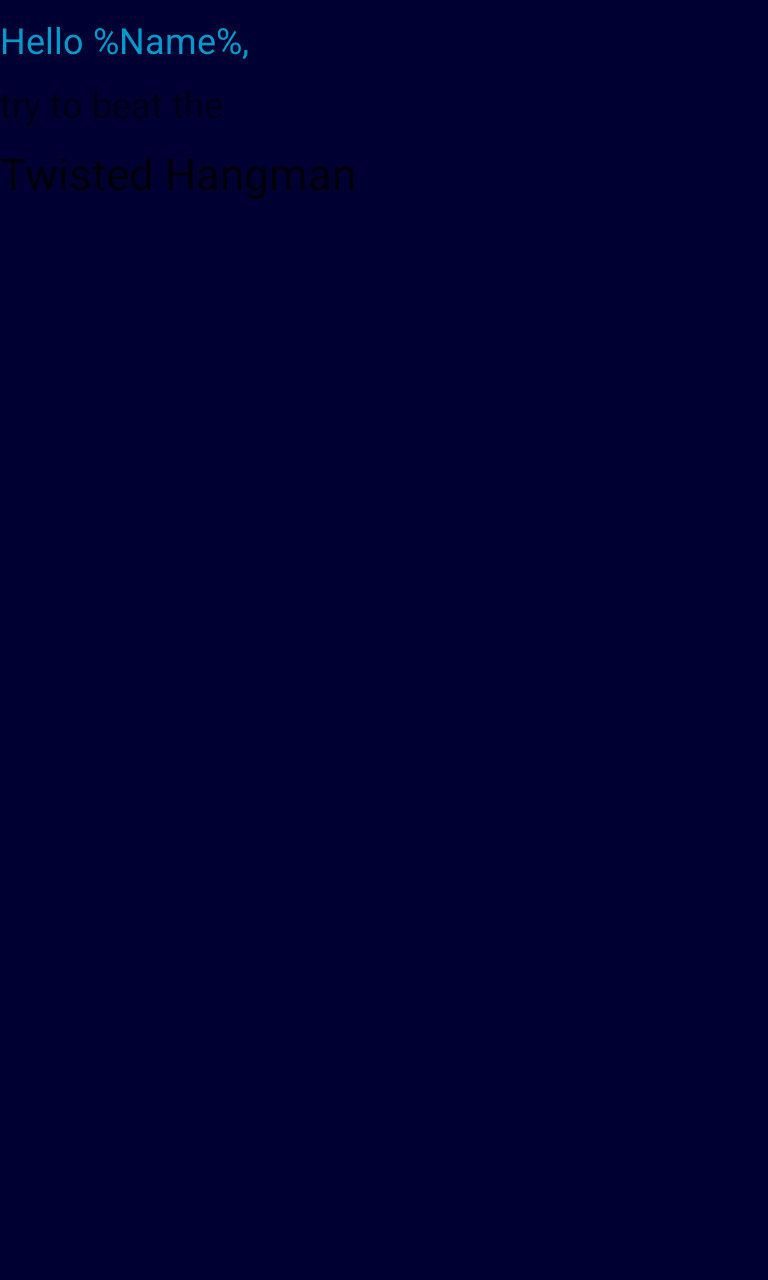
Repository: caspervdpoll/hangman_cvdpoll_jvwageningen
Layout: app/twisted-hangman/res/layout/activity_main.xml
The author's editor kept a copy of each file at every save. The layout is drawn from the files as they stood at one save, then again after the next save.
It is drawn on a 768 x 1280 px phone screen (xhdpi) without system bars, with theme AppTheme; the app's code is not run.

Above is the layout before, as saved 2014-06-10 09:45:23.

After the next save:
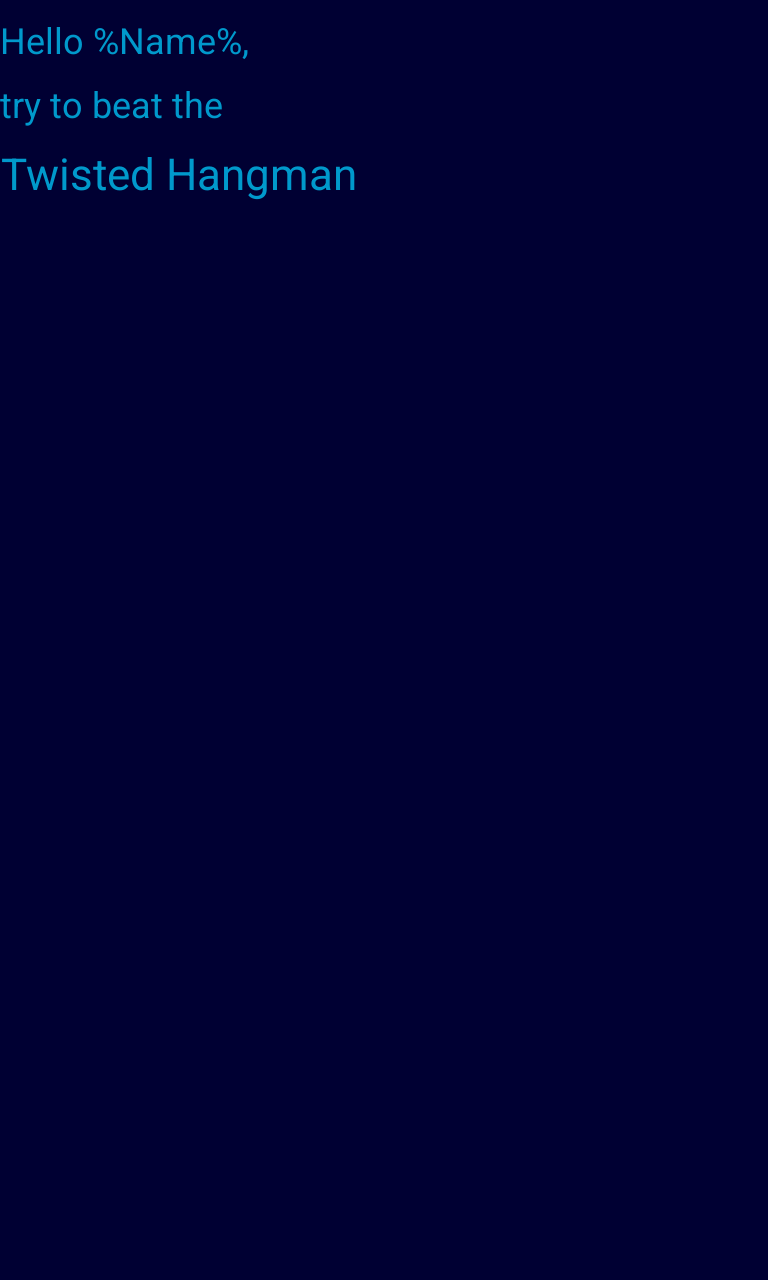
Saved 28 s later.
--- a/app/twisted-hangman/res/layout/activity_main.xml
+++ b/app/twisted-hangman/res/layout/activity_main.xml
@@ -24,7 +24,9 @@
         android:layout_width="wrap_content"
         android:layout_height="wrap_content"
         android:layout_marginTop="15px"
+        android:textColor="@color/blue"
         android:text="try to beat the"
+        android:gravity="center"
         android:textAppearance="?android:attr/textAppearanceMedium" />
 
     <TextView
@@ -33,7 +35,9 @@
         android:layout_width="wrap_content"
         android:layout_height="wrap_content"
         android:layout_marginTop="15px"
+        android:textColor="@color/blue"
         android:layout_weight="1.08"
+        android:gravity="center"
         android:text="Twisted Hangman"
         android:textAppearance="?android:attr/textAppearanceLarge" />
 
